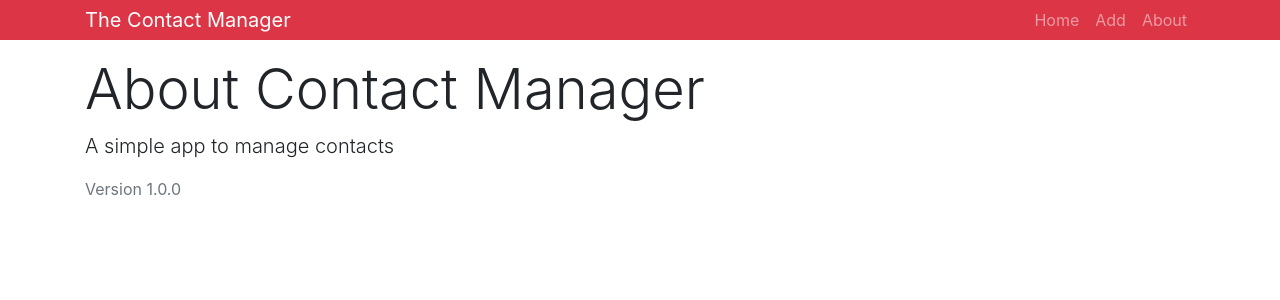
Repository: MikeTroianello/Contact-Manager
Page: /about
An editor plug-in stored every save of this project. The page is shown before and after the next save, followed by the edit.
The browser window is 1280 px wide. The pictures show the whole page.
The page's requests for data from a server got no answer. The project was rebuilt for these pictures with package versions that can differ from the ones it lists, and the page was loaded fresh each time. No one was signed in, and anything a server would have sent is missing. Also part of the build but not shown: src/components/test/Test.js, src/components/contacts/Contact.js, src/components/contacts/Contacts.js, src/components/pages/NotFound.js, src/components/layout/TextInputGroup.js, src/components/contacts/AddContact.js, src/components/contacts/EditContact.js, src/App.css.

Above is the page before, as saved 2019-05-27 23:21:45.

### src/App.js
import React, { Component } from "react";
import { BrowserRouter as Router, Route, Switch } from "react-router-dom";
import Test from "./components/test/Test";
import Contacts from "./components/contacts/Contacts";
import { Provider } from "./context";
import Header from "./components/layout/Header";
import About from "./components/pages/About";
import NotFound from "./components/pages/NotFound";
import AddContact from "./components/contacts/AddContact";
import EditContact from "./components/contacts/EditContact";
import "bootstrap/dist/css/bootstrap.min.css";
import "./App.css";

class App extends Component {
  render() {
    return (
      <Provider>
        <Router>
          <div className="App">
            <Header branding="The Contact Manager" />
            <div className="container">
              <Switch>
                <Route exact path="/" component={Contacts} />
                <Route exact path="/contact/add" component={AddContact} />
                <Route exact path="/contact/edit/:id" component={EditContact} />
                <Route exact path="/about" component={About} />
                <Route exact path="/test" component={Test} />

                <Route component={NotFound} />
              </Switch>
            </div>
          </div>
        </Router>
      </Provider>
    );
  }
}

export default App;

### src/context.js
import React, { Component } from "react";
import axios from "axios";

const Context = React.createContext();

const reducer = (state, action) => {
  switch (action.type) {
    case "DELETE_CONTACT":
      return {
        ...state,
        contacts: state.contacts.filter(
          contact => contact.id !== action.payload
        )
      };
    case "ADD_CONTACT":
      return {
        ...state,
        contacts: [action.payload, ...state.contacts]
      };
    case "UPDATE_CONTACT":
      return {
        ...state,
        contacts: state.contacts.map(contact =>
          contact.id === action.payload.id
            ? (contact = action.payload)
            : contact
        )
      };
    default:
      return state;
  }
};

export class Provider extends Component {
  state = {
    contacts: [],
    dispatch: action => {
      this.setState(state => reducer(state, action));
    }
  };

  async componentDidMount() {
    const res = await axios.get("http://jsonplaceholder.typicode.com/users");

    this.setState({ contacts: res.data });
  }

  render() {
    return (
      <Context.Provider value={this.state}>
        {this.props.children}
      </Context.Provider>
    );
  }
}

export const Consumer = Context.Consumer;

### src/components/layout/Header.js
import React from "react";
import PropTypes from "prop-types";
import { Link } from "react-router-dom";

const Header = props => {
  const { branding } = props;
  return (
    <nav className="navbar navbar-expand-sm navbar-dark bg-danger mb-3 py-0">
      <div className="container">
        <a href="/" className="navbar-brand">
          {branding}
        </a>
        <div>
          <ul className="navbar-nav mr-auto">
            <li className="nav-item">
              <Link to="/" className="nav-link">
                <i className="fas fa-home" /> Home
              </Link>
            </li>
            <li className="nav-item">
              <Link to="/contact/add" className="nav-link">
                <i className="fas fa-plus" /> Add
              </Link>
            </li>
            <li className="nav-item">
              <Link to="/about" className="nav-link">
                <i className="fas fa-question" /> About
              </Link>
            </li>
          </ul>
        </div>
      </div>
    </nav>
  );
};

Header.defaultProps = {
  branding: "My App"
};

Header.propTypes = {
  branding: PropTypes.string.isRequired
};

export default Header;

### src/components/pages/About.js
import React from "react";

export default function About() {
  return (
    <div>
      <h1 className="display-4">About Contact Manager</h1>
      <p className="lead">A simple app to manage contacts</p>
      <p className="text-secondary">Version 1.0.0</p>
    </div>
  );
}

Loaded but not shown: src/index.js (common file); src/serviceWorker.js (common file)

After the next save:
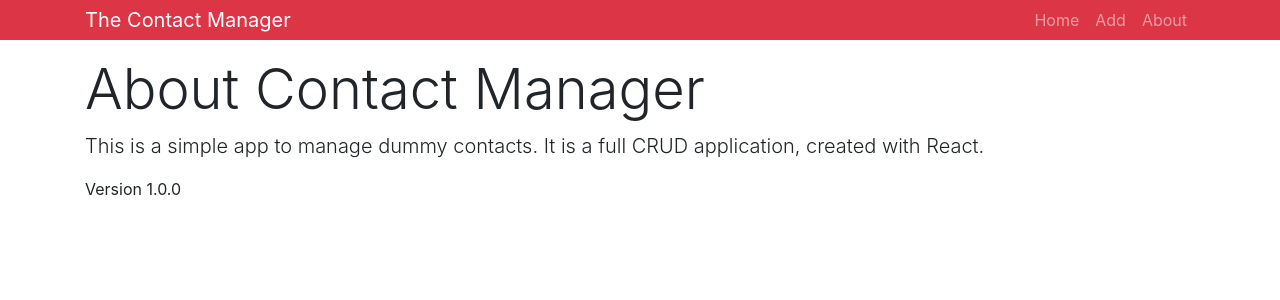
Saved 8 min 26 s later.
--- a/src/components/pages/About.js
+++ b/src/components/pages/About.js
@@ -4,8 +4,11 @@ export default function About() {
   return (
     <div>
       <h1 className="display-4">About Contact Manager</h1>
-      <p className="lead">A simple app to manage contacts</p>
-      <p className="text-secondary">Version 1.0.0</p>
+      <p className="lead">
+        This is a simple app to manage dummy contacts. It is a full CRUD
+        application, created with React.
+      </p>
+      <p className="text-third">Version 1.0.0</p>
     </div>
   );
 }
